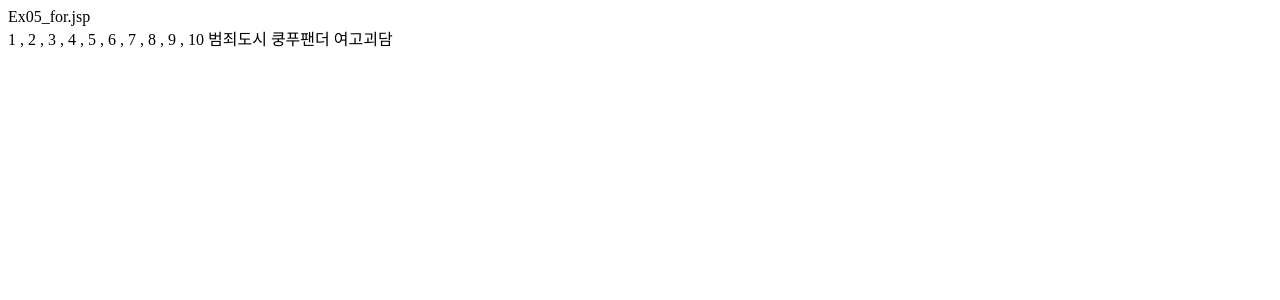
Repository: uj06134/Metabuild_JSP
Page: http://localhost/07_EL_JSTL/Ex05_for.jsp
An editor plug-in stored every save of this project. The page is shown before and after a run of saves, followed by the edit.
The browser window is 1280 px wide. The pictures show the whole page.
The page is served by Tomcat 9. Other server files are loaded and not shown.

Above is the page before, as saved 2025-09-16 05:56:06.

### 07_EL_JSTL/src/main/webapp/Ex05_for.jsp
<%@ page language="java" contentType="text/html; charset=UTF-8"
    pageEncoding="UTF-8"%>
<%@ taglib prefix="c" uri="http://java.sun.com/jsp/jstl/core"%>
Ex05_for.jsp<br>

<%--
<c:forEach var="변수명" begin="시작값" end="끝값" step="증감값" varStatus="상태변수">
   <!-- 반복할 코드 -->
</c:forEach>
--%>


<c:forEach var="i" begin="1" end="10" step="1" varStatus="status">
	<%-- ${i}/${status.first}/${status.last}/${status.index}/${status.count}<br> --%>
	${i}
	<c:if test="${not status.last}">,</c:if>

</c:forEach>

<%
	String[] movieList = {"범죄도시", "쿵푸팬더", "여고괴담"};
	for(int i=0;i<movieList.length;i+=1){
		out.print(movieList[i]+" ");
	}
	out.print("<br>");

	for(String movie : movieList){

	}
%>

After the next 4 saves:
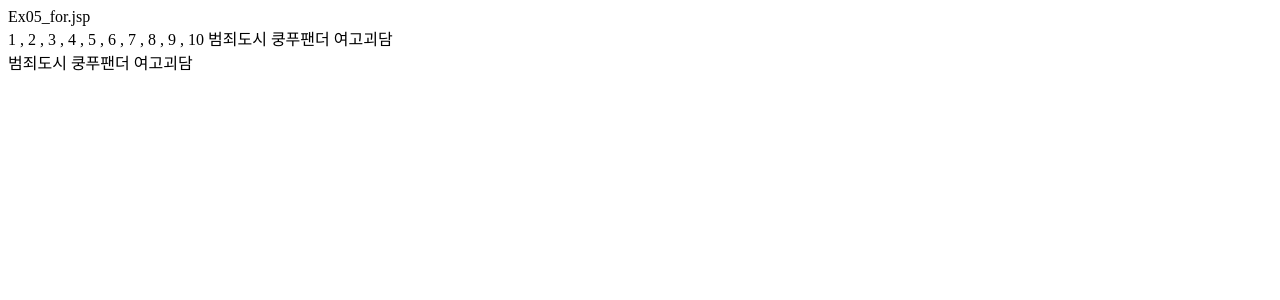
The 4 saves are shown as one change because they came seconds apart.
The last was saved 17 s later.
--- a/07_EL_JSTL/src/main/webapp/Ex05_for.jsp
+++ b/07_EL_JSTL/src/main/webapp/Ex05_for.jsp
@@ -25,6 +25,6 @@ Ex05_for.jsp<br>
 	out.print("<br>");
 
 	for(String movie : movieList){
-
+		out.print(movie + " ");
 	}
 %>
